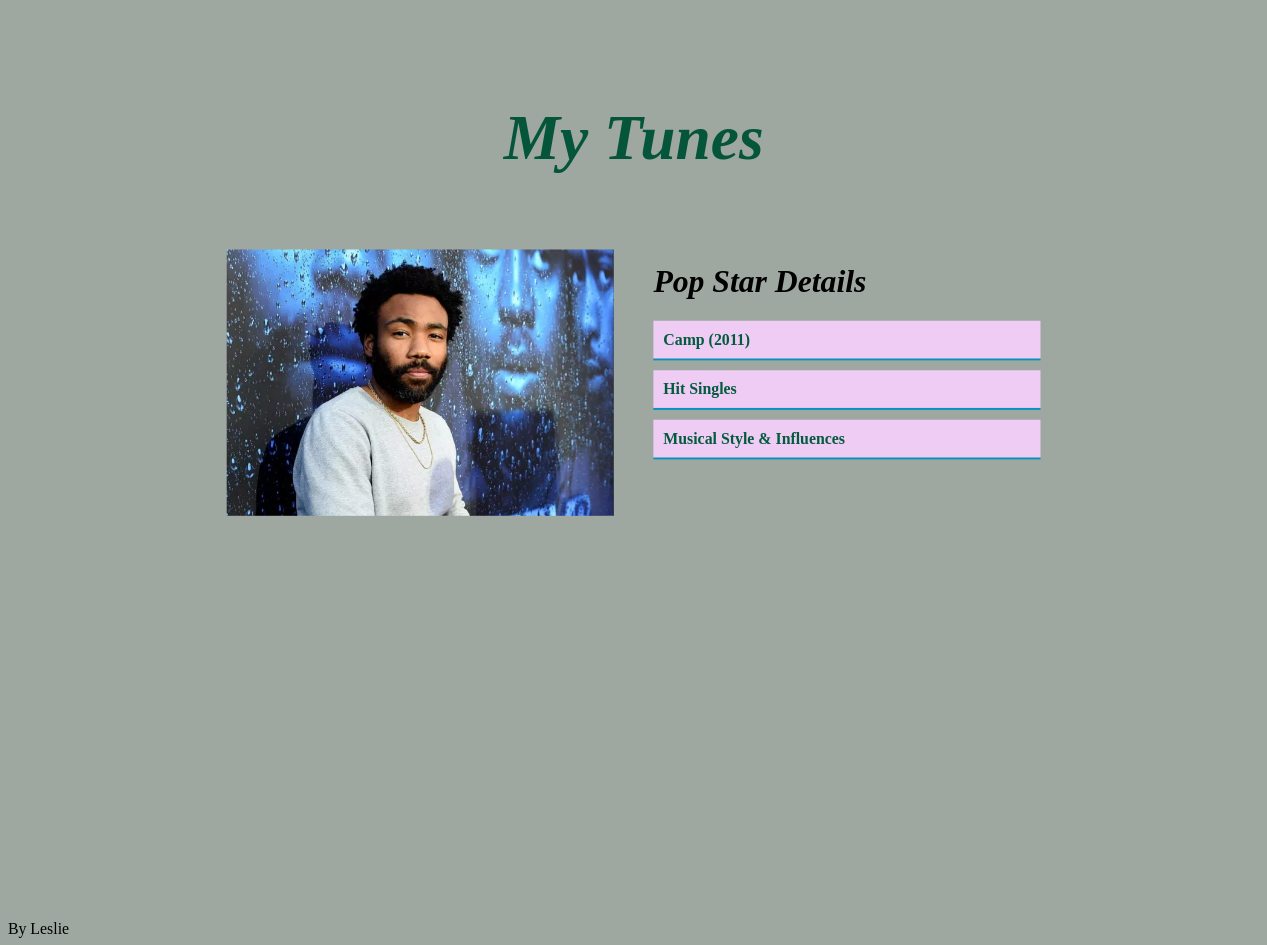
Repository: leslie179/labOne
Page: /
An editor plug-in stored every save of this project. The page is shown before and after the next save, followed by the edit.
The browser window is 1280 px wide. The pictures show the whole page, at 99% of full size.
The project was rebuilt for these pictures with package versions that can differ from the ones it lists, and the page was loaded fresh each time. The framework's server and built-in components were replaced by stand-ins that run in the browser. Also part of the build but not shown: next.config.js, components/Footer/Footer.module.css.

Above is the page before, as saved 2024-09-15 23:05:15.

### pages/index.js
import Head from 'next/head'
import styles from '@/styles/Home.module.css'
import Footer from '@/components/Footer'
import Header from '@/components/Header'
import LeftComponent from '@/components/LeftComponent'
import RightComponent from '@/components/RightComponent'

export default function Home() {
  return (
    <>
      <Head>
        <title>Create Next App</title>
        <meta name="description" content="Generated by create next app" />
        <meta name="viewport" content="width=device-width, initial-scale=1" />
        <link rel="icon" href="/favicon.ico" />
      </Head>
      <Header/>
      <main className={`${styles.main}`}>
      <div className={styles.container}>
      <div className={styles.left}>
                <LeftComponent />
            </div>
            <div className={styles.right}>
              <h1 className={styles.h1}>Pop Star Details</h1>
                <RightComponent />
            </div>
            </div>
      </main>
      <Footer/>
    </>
  )
}

### pages/api/ExampleOne.js
import { useEffect, useState } from "react"
import Header from "@/components/Header"
import Footer from "@/components/Footer"
import Head from "next/head"

export default function ExampleOne() {
    const [number, setNumber] = useState(0);

    /** usually this will cause an infinite loop
     * so it is best to not do this incase your code breaks
     * code on pages will run two times.
     * Once to render what we want and another is to
     * render strict mode to find any common bugs
    */

    useEffect(() => {
            console.log(number);
    })

    /**
     * useEffect only runs when the pages loads
     */

    return(
        <>
            <Header/>
            <main>
                <h1>Example 1</h1>
                <div>Infinite loop</div>
                {number}
        </main>
        <Footer/>
        </>

    )
}

### pages/api/ExampleTwo.js
import { useEffect } from "react"
import Footer from "@/components/Footer"
import Header from "@/components/Header"

export default function ExampleTwo() {
    // The [] makes sure the useEffect only runs once

    /**
     * code on pages will run two times.
     * Once to render what we want and another is to
     * render strict mode to find any common bugs
    */

    useEffect(() => {
        console.log("RUN");
    }, [])

        return(
            <>
            <Header/>
            <main>
                    <h1>Example 2</h1>
            </main>
            <Footer/>
        </>
    )
}

### styles/globals.css
:root {
  background-color: rgb(158, 168, 161);

}

a {
  color: inherit;
  text-decoration: none;

}

### styles/Home.module.css
.main {
  display: flex;
  flex-direction: column;
  justify-content: space-between;
  align-items: center;
  padding: 1rem;
  min-height: 20vh;
}

.container {
  display: flex;
  width: 70%;
  height: 100vh;

}

.left, .right {
  width: 50%;
  padding: 20px;
  box-sizing: border-box;
}



.h1{
  padding-top: 8%;
  font-style: italic;
}

### components/Footer/index.js
import styles from "./Footer.module.css"

export default function Footer() {
    return(
        <footer className={styles.Footer}>
            By Leslie
        </footer>
    )
}

### components/Header/index.js
import styles from './Header.module.css';


export default function Header() {
    return (
        <header className={styles.header}>
            <h1>My Tunes</h1>
        </header>
    );
}

### components/LeftComponent/index.js
import styles from './LeftComponent.module.css';

export default function LeftComponent() {
    return (
        <div>
            <img src="childish_icon.jpg" alt="Childish Icon" className={styles.image} />
        </div>
    );
}

### components/RightComponent/index.js
import { useState } from 'react';
import styles from './RightComponent.module.css';

export default function RightComponent() {
    const [activeIndex, setActiveIndex] = useState(null);

    const toggleAccordion = (index) => {
        setActiveIndex(activeIndex === index ? null : index);
    };

    const categories = [
        {
            title: 'Camp (2011)',
            content: '"Bonfire" \n"Heartbeat" \n"Fire Fly"'
        },
        {
            title: 'Hit Singles',
            content: '"3005"\n "Sweatpantss"\n "Telegraph Ave."'
        },
        {
            title: 'Musical Style & Influences',
            content: 'Blend of hip hop, soul, funk, and rock, drawing influence from Prince, OutKast, and more.'
        }
    ];

    return (
        <div className={styles.accordion}>
            {categories.map((category, index) => (
                <div key={index} className={styles.item}>
                    <div className={styles.title} onClick={() => toggleAccordion(index)}>
                        {category.title}
                    </div>
                    <div className={`${styles.content} ${activeIndex === index ? styles.show : ''}`}>
                        <p>{category.content.split('\n').map((line, i) => (
                            <span key={i}>{line}<br /></span>
                        ))}</p>
                    </div>
                </div>
            ))}
        </div>
    );
}

### components/Header/Header.module.css
.header {
    text-align: center;
    padding-top: 7.5%;
  }

  .header h1 {
    margin: 0;
    padding: 0;
    font-size: 4rem;
    font-style: italic;
    color: rgb(4, 85, 58);
  }

### components/LeftComponent/LeftComponent.module.css
.left {
    width: 50%;
    background-color: lightgray;
    padding: 20px;
    box-sizing: border-box;
    height: 100vh;
    float: left;
}

.image{
    width: 100%;
    padding-top: 10%;
}

### components/RightComponent/RightComponent.module.css
.right {
    width: 50%;
    padding: 20px;

    box-sizing: border-box;
    height: 100vh;
    float: right;
}


.item {
    border-bottom: 2.5px solid rgb(2, 145, 193);
    margin-bottom: 10px;
}

.title {
    cursor: pointer;
    padding: 10px;
    background-color: #eeccf4;
    color: rgb(3, 91, 62);
    font-weight: bold;
}

.content {
    max-height: 0;
    overflow: hidden;
    transition: max-height 0.3s ease-out;
}

.show {
    max-height: 100px;
}

Loaded but not shown: pages/_app.js (common file); pages/_document.js (common file); pages/api/hello.js (common file)

After the next save:
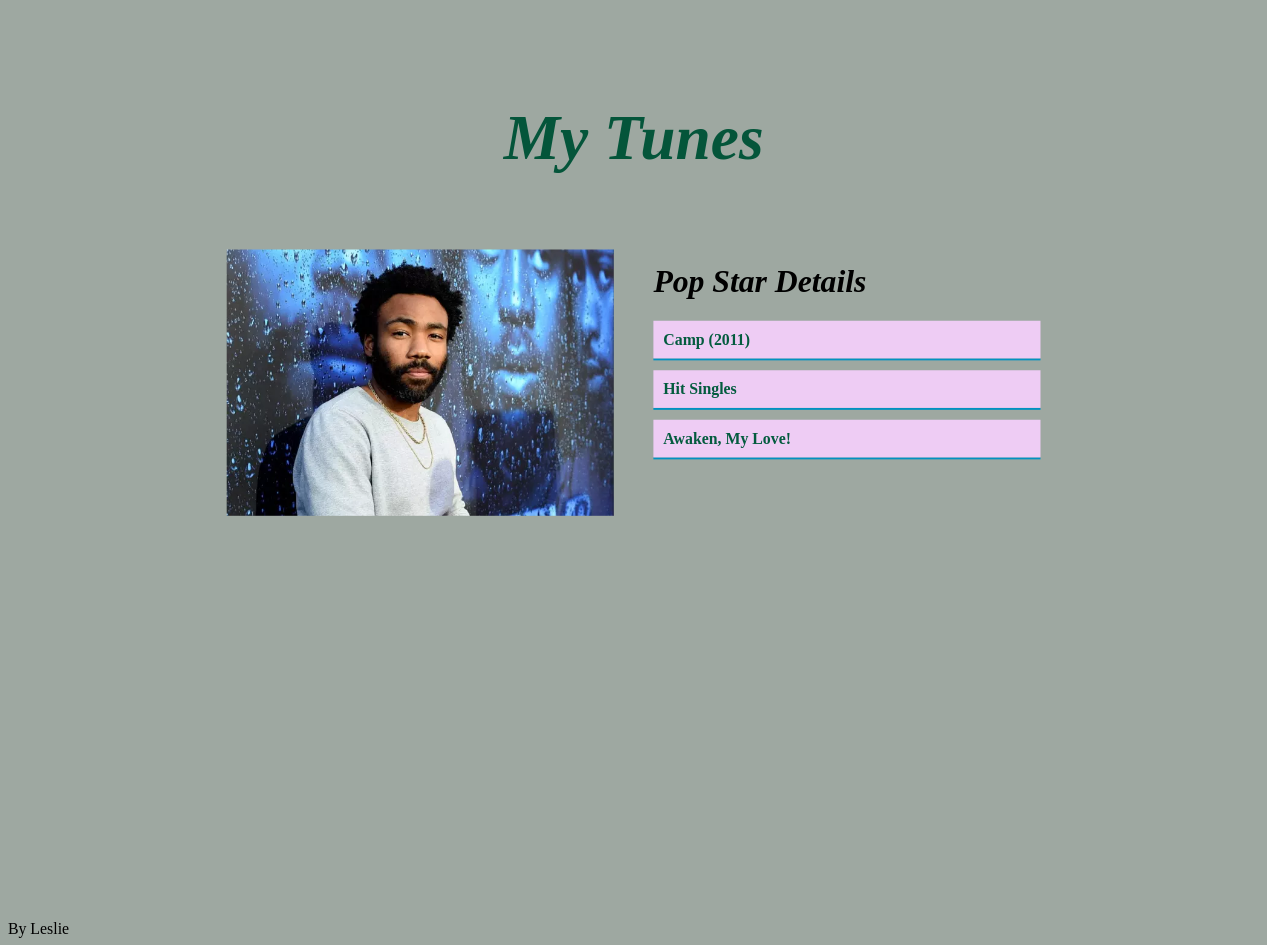
Saved 15 s later.
--- a/components/RightComponent/index.js
+++ b/components/RightComponent/index.js
@@ -18,7 +18,7 @@ export default function RightComponent() {
             content: '"3005"\n "Sweatpantss"\n "Telegraph Ave."'
         },
         {
-            title: 'Musical Style & Influences',
+            title: 'Awaken, My Love!',
             content: 'Blend of hip hop, soul, funk, and rock, drawing influence from Prince, OutKast, and more.'
         }
     ];
